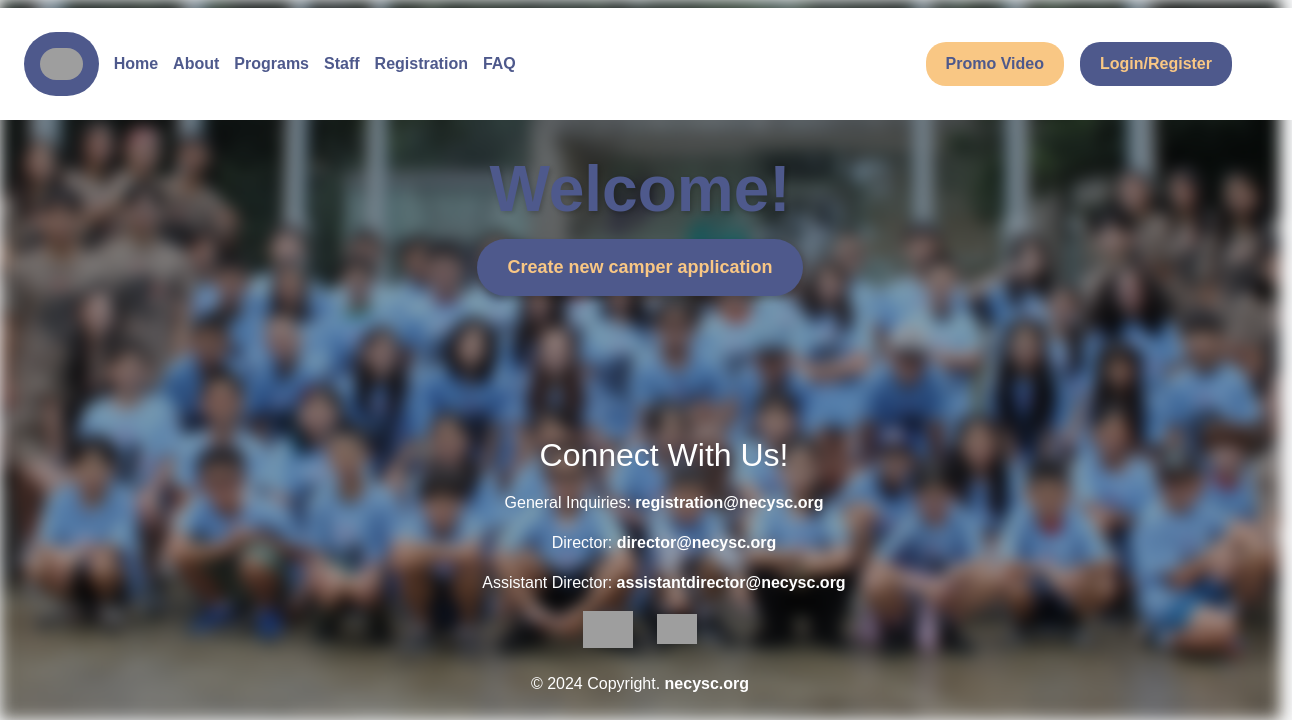
Repository: fullstackatbrown/project-necysc
Page: necysc_app/templates/necysc_app/applicant/index.html
These files come from the project's save history. The page is drawn as it stood at one moment and after the next save; the edit follows.
The browser window is 1280 px wide. The page is 1292 px wide, so the pictures cover 1292 px, including what lies to the right of the window. The pictures show the whole page.
Pictures or frames that could not be fetched are drawn as grey boxes. Some web fonts or font styles are not loaded; a fallback is used. The template is drawn by Django 5.2. The application's start-up code is not run. The template is opened directly, without the code that normally fills it, so the values that code supplies are empty.

Above is the page before, as saved 2024-12-04 02:02:04.

After the next save:
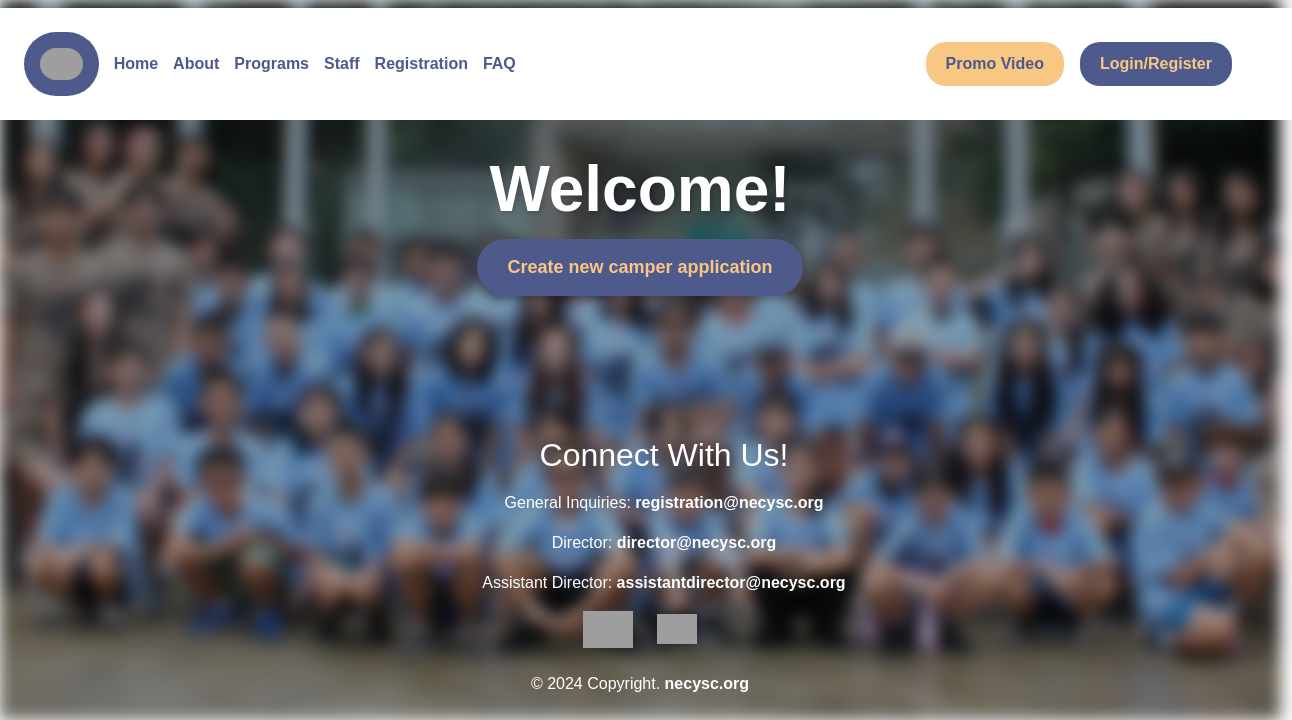
Saved 11 s later.
--- a/necysc_app/templates/necysc_app/applicant/index.html
+++ b/necysc_app/templates/necysc_app/applicant/index.html
@@ -127,7 +127,6 @@
 .welcome-title {
     font-size: 4rem; /* 将字体调大 */
     text-align: center; /* 居中对齐 */
-    color: #4e598c; /* 标题颜色 */
     margin-bottom: 20px; /* 与按钮之间的间距 */
     font-weight: bold; /* 加粗标题 */
     text-shadow: 2px 2px 5px rgba(0, 0, 0, 0.2); /* 添加阴影效果 */
